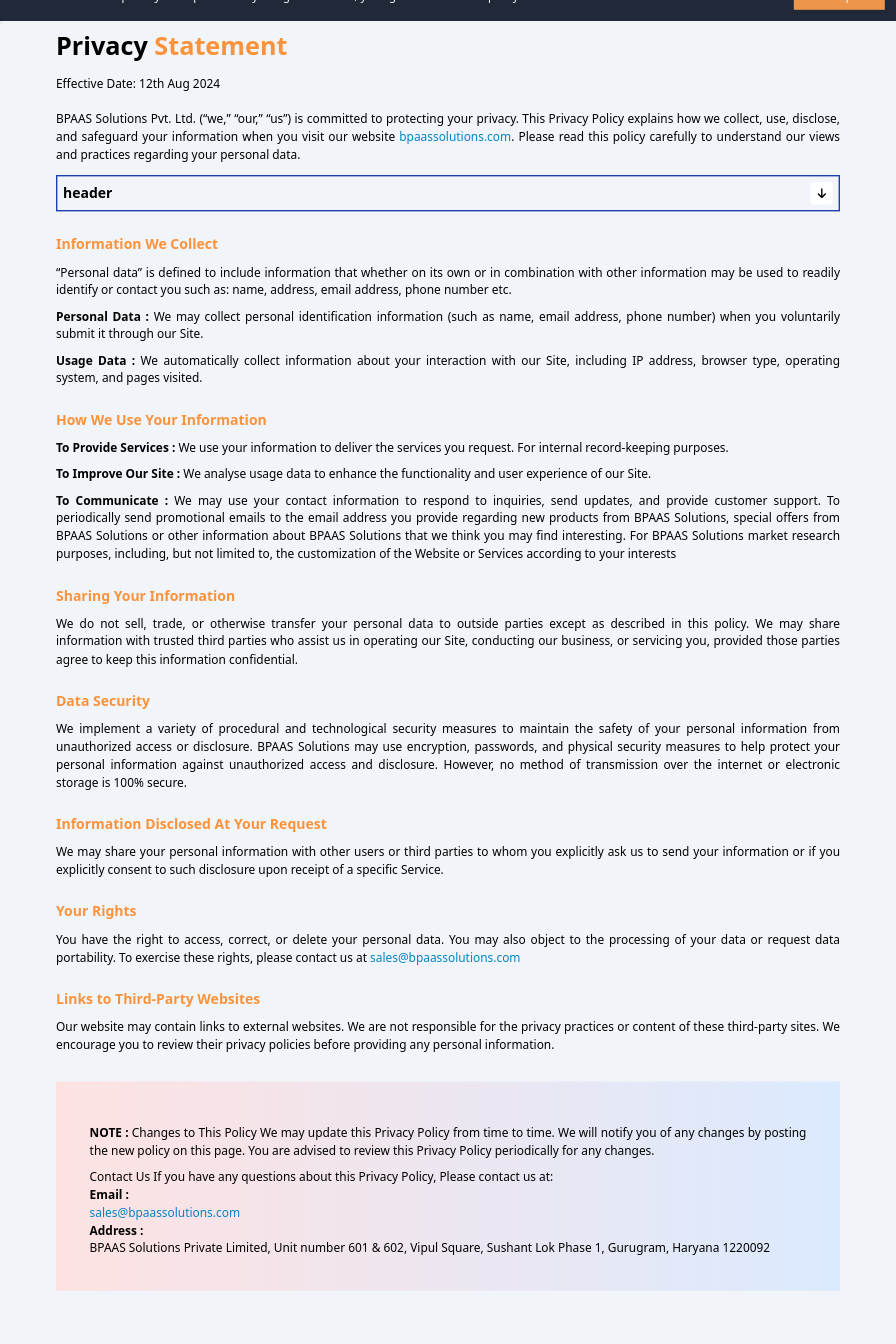
Repository: captainalpha/BP-Website
Page: /services/bp-services
The author's editor kept a copy of each file at every save. The page is drawn from the files as they stood at one save, then again after the next save.
The browser window is 1280 px wide. The pictures show the part of the page from y = 690 to 2610 px (the page is 3161 px tall before and 3159 px after), at 70% of full size.
The project was rebuilt for these pictures with package versions that can differ from the ones it lists, and the page was loaded fresh each time. The framework's server and built-in components were replaced by stand-ins that run in the browser. Also part of the build but not shown: next.config.js, components/common/TopBanner.js, components/common/SectionHeader.js.

Above is the page before, as saved 2024-08-13 16:48:12.

### pages/_app.js
import Navbar from "../components/common/Navbar";
import "../styles/globals.css";
import Footer from "../components/common/Footer";

import "swiper/css";
import "swiper/css/navigation";
import "swiper/css/pagination";



import { motion, AnimatePresence } from "framer-motion";
import CookiesMain from "../components/common/CookiesMain";

// import styles from './slider.module.scss'
function MyApp({ Component, pageProps, router }) {
  const spring = {
    type: "spring",
    damping: 20,
    stiffness: 100,
    when: "afterChildren",
  };
  return (
    <>
      <div className="z-50 scroll-smooth">
        <Navbar />
      </div>
      <AnimatePresence>
        <div className="page-transition-wrapper">
          <motion.div
            transition={spring}
            key={router.pathname}
            initial={{ y: -300, opacity: 0 }}
            animate={{ y: 0, opacity: 1 }}
            exit={{ y: 300, opacity: 0 }}
            id="page-transition-container"
          >
            <Component {...pageProps} /> <Footer />{" "}
            <CookiesMain/>
          </motion.div>
        </div>
      </AnimatePresence>
    </>
  );
}

export default MyApp;

### pages/services/bp-services.js
import { useState } from "react";
import TopBanner from "../../components/common/TopBanner";
import SectionHeader from "../../components/common/SectionHeader";
import TopBanner2 from "../../components/common/TopBanner2";
import Image from "next/image";
import Link from "next/link";
import { FaArrowDown } from "react-icons/fa6";
import { MdChecklistRtl } from "react-icons/md";
import { BsCopy } from "react-icons/bs";

function BpServices() {
  const [showAnswer, setShowAnswer] = useState(false);
  return (
    <div>
      <div className="relative">
        <TopBanner2
          image={"/images/policy-service2.jpg"}
          title="Privacy Policy"
          discription="This Privacy Policy explains how we collect, use, disclose, and safeguard your information when you visit our website."
          btnShow={false}
        />
        <div className="absolute top-[1em] right-[10em]">
          <Image
            src="/images/privacypolicy2.png"
            className="w-1/2 mx-auto"
            width="500"
            height="500"
            alt="customer-developement"
          />
        </div>
      </div>

      <div className=" bg-slate-100  p-[5em]">
        <div className="container mx-auto max-w-6xl">
          <div className="text-left">
            <h1 className="lg:text-4xl text-3xl font-bold capitalize ">
              <span>Privacy</span>{" "}
              <span className="text-[#fb923c]">Statement</span>
            </h1>
          </div>

          <div className="mt-5">
            <p className="text-[17px] text-justify">
              Effective Date: 12th Aug 2024 <br />
              <br /> BPAAS Solutions Pvt. Ltd. (&ldquo;we,&rdquo;
              &ldquo;our,&rdquo; &ldquo;us&rdquo;) is committed to protecting
              your privacy. This Privacy Policy explains how we collect, use,
              disclose, and safeguard your information when you visit our
              website&nbsp;
              <Link passHref href="/">
                <a className="text-sky-600 hover:text-[#fb923c]">
                  bpaassolutions.com
                </a>
              </Link>
              . Please read this policy carefully to understand our views and
              practices regarding your personal data.
            </p>
          </div>




          <div
        //   className="p-2 mt-4 border-2 border-blue-800 max-w[1200px]"
           className={`${
                    showAnswer ? "p-2 mt-4 border-blue-800 border-b-2 max-w[1200px]"
                    : "p-2 mt-4 border-2 border-blue-800 max-w[1200px]"
                  }`}
          >
            <div className="flex gap-10 items-center justify-between">
              <h3
                className="text-[20px] font-sans font-semibold"
                onClick={() => setShowAnswer(!showAnswer)}
              >
                header
              </h3>
              <div>
                <div
                  onClick={() => setShowAnswer(!showAnswer)}
                  className={`${
                    showAnswer ? "rotate-180 bg-gray-300" : ""
                  } p-2 rounded-md cursor-pointer
           bg-white transition-transform duration-500 ease-out`}
                >
                  <FaArrowDown />
                </div>
              </div>
            </div>
          </div>
          <div
            className={`overflow-hidden transition-all duration-500 ease-out ${
              showAnswer ? "max-h-[1000px] opacity-100 " : "max-h-0 opacity-0 "
            }`}
          >
            <p
              className={`text-[18px] bg-gray-300 mt-2 p-3 rounded-md
        shadow-[rgba(0,_0,_0,_0.24)_0px_3px_8px] `}
            >
              dfvdf
            </p>
          </div>








          <div className="mt-[2em]">
            <h1 className="text-[20px] font-bold text-[#fb923c]">
              Information We Collect
            </h1>
            <p className="text-[17px] text-justify mt-3">
              &ldquo;Personal data&rdquo; is defined to include information that
              whether on its own or in combination with other information may be
              used to readily identify or contact you such as: name, address,
              email address, phone number etc.
            </p>
            <p className="text-[17px] text-justify mt-3">
              <b>Personal Data :</b> We may collect personal identification
              information (such as name, email address, phone number) when you
              voluntarily submit it through our Site.
            </p>
            <p className="text-[17px] text-justify mt-3">
              <b>Usage Data :</b> We automatically collect information about
              your interaction with our Site, including IP address, browser
              type, operating system, and pages visited.
            </p>
          </div>

          <div className="mt-[2em]">
            <h1 className="text-[20px] font-bold text-[#fb923c]">
              How We Use Your Information
            </h1>
            <p className="text-[17px] text-justify mt-3">
              <b>To Provide Services :</b> We use your information to deliver
              the services you request. For internal record-keeping purposes.
            </p>
            <p className="text-[17px] text-justify mt-3">
              <b>To Improve Our Site :</b> We analyse usage data to enhance the
              functionality and user experience of our Site.
            </p>
            <p className="text-[17px] text-justify mt-3">
              <b>To Communicate :</b> We may use your contact information to
              respond to inquiries, send updates, and provide customer support.
              To periodically send promotional emails to the email address you
              provide regarding new products from BPAAS Solutions, special
              offers from BPAAS Solutions or other information about BPAAS
              Solutions that we think you may find interesting. For BPAAS
              Solutions market research purposes, including, but not limited to,
              the customization of the Website or Services according to your
              interests
            </p>
          </div>

          <div className="mt-[2em]">
            <h1 className="text-[20px] font-bold text-[#fb923c]">
              Sharing Your Information
            </h1>
            <p className="text-[17px] text-justify mt-3">
              We do not sell, trade, or otherwise transfer your personal data to
              outside parties except as described in this policy. We may share
              information with trusted third parties who assist us in operating
              our Site, conducting our business, or servicing you, provided
              those parties agree to keep this information confidential.
            </p>
          </div>

          <div className="mt-[2em]">
            <h1 className="text-[20px] font-bold text-[#fb923c]">
              Data Security
            </h1>
            <p className="text-[17px] text-justify mt-3">
              We implement a variety of procedural and technological security
              measures to maintain the safety of your personal information from
              unauthorized access or disclosure. BPAAS Solutions may use
              encryption, passwords, and physical security measures to help
              protect your personal information against unauthorized access and
              disclosure. However, no method of transmission over the internet
              or electronic storage is 100% secure.
            </p>
          </div>

          <div className="mt-[2em]">
            <h1 className="text-[20px] font-bold text-[#fb923c]">
              Information Disclosed At Your Request
            </h1>
            <p className="text-[17px] text-justify mt-3">
              We may share your personal information with other users or third
              parties to whom you explicitly ask us to send your information or
              if you explicitly consent to such disclosure upon receipt of a
              specific Service.
            </p>
          </div>

          <div className="mt-[2em]">
            <h1 className="text-[20px] font-bold text-[#fb923c]">
              Your Rights
            </h1>
            <p className="text-[17px] text-justify mt-3">
              You have the right to access, correct, or delete your personal
              data. You may also object to the processing of your data or
              request data portability. To exercise these rights, please contact
              us at&nbsp;
              <a
                className="text-sky-600 hover:text-[#fb923c]"
                href="mailto:sales@bpaassolutions.com"
              >
                sales@bpaassolutions.com
              </a>
            </p>
          </div>

          <div className="mt-[2em]">
            <h1 className="text-[20px] font-bold text-[#fb923c]">
              Links to Third-Party Websites
            </h1>
            <p className="text-[17px] text-justify mt-3">
              Our website may contain links to external websites. We are not
              responsible for the privacy practices or content of these
              third-party sites. We encourage you to review their privacy
              policies before providing any personal information.
            </p>
          </div>

          <div className="mt-[2em]  lg:mt-10 md:mt-10 xl:mt-10 bg-gradient-to-r from-red-100 to-blue-100 p-2 md:p-[3em]">
            <p className="text-[17px] text-justify mt-3">
              <b>NOTE : </b> Changes to This Policy We may update this Privacy
              Policy from time to time. We will notify you of any changes by
              posting the new policy on this page. You are advised to review
              this Privacy Policy periodically for any changes.
            </p>
            <p className="text-[17px] text-justify mt-3">
              Contact Us If you have any questions about this Privacy Policy,
              Please contact us at:
              <br />
              <b>Email : </b>
              <br />
              <a
                className="text-sky-600 hover:text-[#fb923c]"
                href="mailto:sales@bpaassolutions.com"
              >
                sales@bpaassolutions.com
              </a>
              <br />
              <b>Address :</b>
              <br />
              BPAAS Solutions Private Limited, Unit number 601 & 602, Vipul
              Square, Sushant Lok Phase 1, Gurugram, Haryana 1220092
            </p>
          </div>
        </div>
      </div>
    </div>
  );
}

export default BpServices;

### styles/globals.css
@tailwind base;
@tailwind components;
@tailwind utilities;

.mySwiper {
  padding: 0 3rem;
}
.swiper-button-next {
  color: white;
  font-size: 20px !important;
}
.swiper-button-prev {
  color: white;
  font-size: 20px !important;
}
.swiper-button-prev:after {
  color: white;
  font-size: 20px !important;
}
.swiper-button-next:after {
  color: white;
  font-size: 20px !important;
}
.container-bpaas{
  max-width: 1100px;
}

/* .swiper-button-prev {

  background-image: url("data:[embedded picture, 251 characters]");
} */
.swiper-button-prev:after {

  border: 2px solid white;
  border-radius: 30%;
  /* width: 25%; */
  background: #ec964c;
  padding: 20%;
}
/* .swiper-button-next {
  background-image: url("data:[embedded picture, 251 characters]");
} */
.swiper-button-next:after {

  border: 2px solid white;
  border-radius: 30%;
  /* width: 25%; */
  background: #ec964c;
  padding: 20%;
}

@media only screen and (max-width: 600px) {
  .swiper-button-next:after {
    display: none;
  }
}
@media only screen and (max-width: 600px) {
  .swiper-button-prev:after {
    display: none;
  }
}




/*OEM Modal */
@layer utilities {
  @keyframes modalOpen {
    0% {
      clip-path: polygon(0 0, 0 0, 0 100%, 0 100%);
      opacity: 0;
    }
    100% {
      clip-path: polygon(0 0, 100% 0, 100% 100%, 0 100%);
      opacity: 1;
    }
  }

  @keyframes modalClose {
    0% {
      clip-path: polygon(0 0, 100% 0, 100% 100%, 0 100%);
      opacity: 1;
    }
    100% {
      clip-path: polygon(50% 0, 50% 0, 50% 100%, 50% 100%);
      opacity: 0;
    }
  }

  .animate-modalOpen {
    animation: modalOpen 0.5s forwards;
  }

  .animate-modalClose {
    animation: modalClose 0.5s forwards;
  }

  .custom-aspect-ratio {
    box-shadow: rgba(149, 157, 165, 0.2) 0px 8px 24px;
    aspect-ratio: 3 / 2;
  }
}

### components/common/CookiesMain.js
import { useState, useEffect } from 'react';
import Cookies from 'js-cookie';


const CookiesMain = () => {
    const [showBanner, setShowBanner] = useState(false);

  useEffect(() => {
    const consent = Cookies.get('cookie-consent');
    if (!consent) {
      setShowBanner(true);
    }
  }, []);

  const acceptCookies = () => {
    Cookies.set('cookie-consent', 'true', { expires: 365 });
    setShowBanner(false);
  };

  if (!showBanner) return null;
  return (
    <>

    <div className="fixed bottom-0 left-0 right-0 bg-gray-800 text-white p-4 flex justify-between items-center z-50">
      <span>We use cookies to improve your experience. By using our website, you agree to our cookie policy.</span>
      <button
        onClick={acceptCookies}
        className="bg-orange text-white px-4 md:px-10 py-2"
      >
        Accept
      </button>
    </div>

    </>
  )
}
export default CookiesMain

### components/common/TopBanner2.js
import Link from "next/link";
function TopBanner2({ image, title, discription, onClick,btnShow}) {
  return (
    <div
      style={{ backgroundImage: `url(${image})` }}
      className={`lg:h-[80vh] h-[60vh] mt-20 w-full text-white flex p-10 items-center bg-no-repeat bg-cover `}
    >
      <div className="space-y-4 lg:w-1/2  md:text-left">
        <h1 className="lg:text-5xl text-3xl font-bold capitalize ">{title}</h1>
        <p className="w-full lg:text-xl lg:text-justify tracking-tighter">
          {discription}
        </p>
    {btnShow&&(
        <Link passHref href="/request-demo">
          <button className="px-8 py-2  border-white border-2 hover:bg-orange font-medium text-xl">
            Request Demo
          </button>
        </Link>
    )}
      </div>
    </div>
  );
}

export default TopBanner2;

### tailwind.config.js
module.exports = {
  content: [
    "./pages/**/*.{js,ts,jsx,tsx}",
    "./components/**/*.{js,ts,jsx,tsx}",
  ],
  theme: {
    extend: {
      keyframes: {
        modalOpen: {
          '0%': { transform: 'scale(0)', opacity: 0 },
          '100%': { transform: 'scale(1)', opacity: 1 },
        },
        modalClose: {
          '0%': { transform: 'scale(1)', opacity: 1 },

        },
        fragmentIn: {
          '0%': { opacity: 0, transform: 'translate(-50px, -50px)' },
          '100%': { opacity: 1, transform: 'translate(0, 0)' },
        },
        fragmentOut: {
          '0%': { opacity: 1, transform: 'translate(0, 0)' },
          '100%': { opacity: 0, transform: 'translate(50px, 50px)' },
        },

      },
      animation: {
        modalOpen: 'modalOpen 0.5s ease-out forwards',
        modalClose: 'modalClose 0.5s ease-in forwards',
        fragmentIn: 'fragmentIn 0.5s ease-out forwards',
        fragmentOut: 'fragmentOut 0.5s ease-in forwards',
      },
      backgroundImage: {
        "testimonial-bg": "url('/img/hero-pattern.svg')",
        "testimonial-bgs": "url('/')",
      },
      colors: {
        primary: "#013358",
        secondary: "#639FCB",
        primaryText: "#1D669C",
        orange: "#EC964C",
        glassEffect:
          "linear-gradient(105.47deg, #FFFFFF -13.63%, rgba(255, 255, 255, 0) 108.8%)",
      },
      backgroundSize: {
        "size-200": "200% 200%",
      },
      backgroundPosition: {
        "pos-0": "0% 0%",
        "pos-100": "100% 100%",
      },
    },
    variants: {
      fill: ["hover", "focus"],
    },
    boxShadow: {
      "3xl": "0 35px 60px -15px rgba(0, 0, 0, 0.3)",
    },
  },
  plugins: [],
};

Loaded but not shown: components/common/Navbar.js (726 lines, source omitted); components/common/Footer.js (194 lines, source omitted)

After the next save:
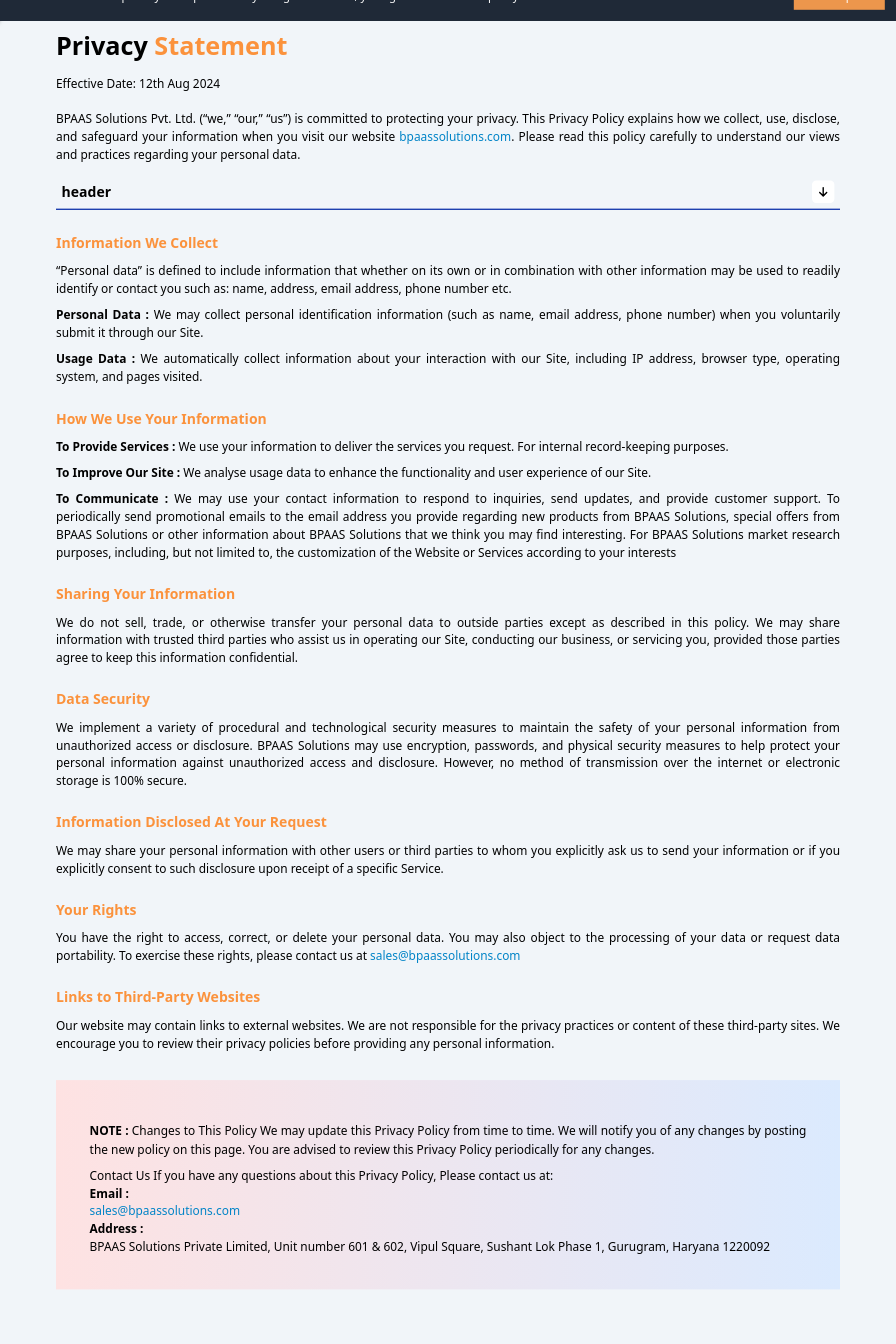
Saved 12 s later.
--- a/pages/services/bp-services.js
+++ b/pages/services/bp-services.js
@@ -64,7 +64,7 @@
         //   className="p-2 mt-4 border-2 border-blue-800 max-w[1200px]"
            className={`${
                     showAnswer ? "p-2 mt-4 border-blue-800 border-b-2 max-w[1200px]"
-                    : "p-2 mt-4 border-2 border-blue-800 max-w[1200px]"
+                    : "p-2 mt-4 border-blue-800 border-b-2 max-w[1200px]"
                   }`}
           >
             <div className="flex gap-10 items-center justify-between">
